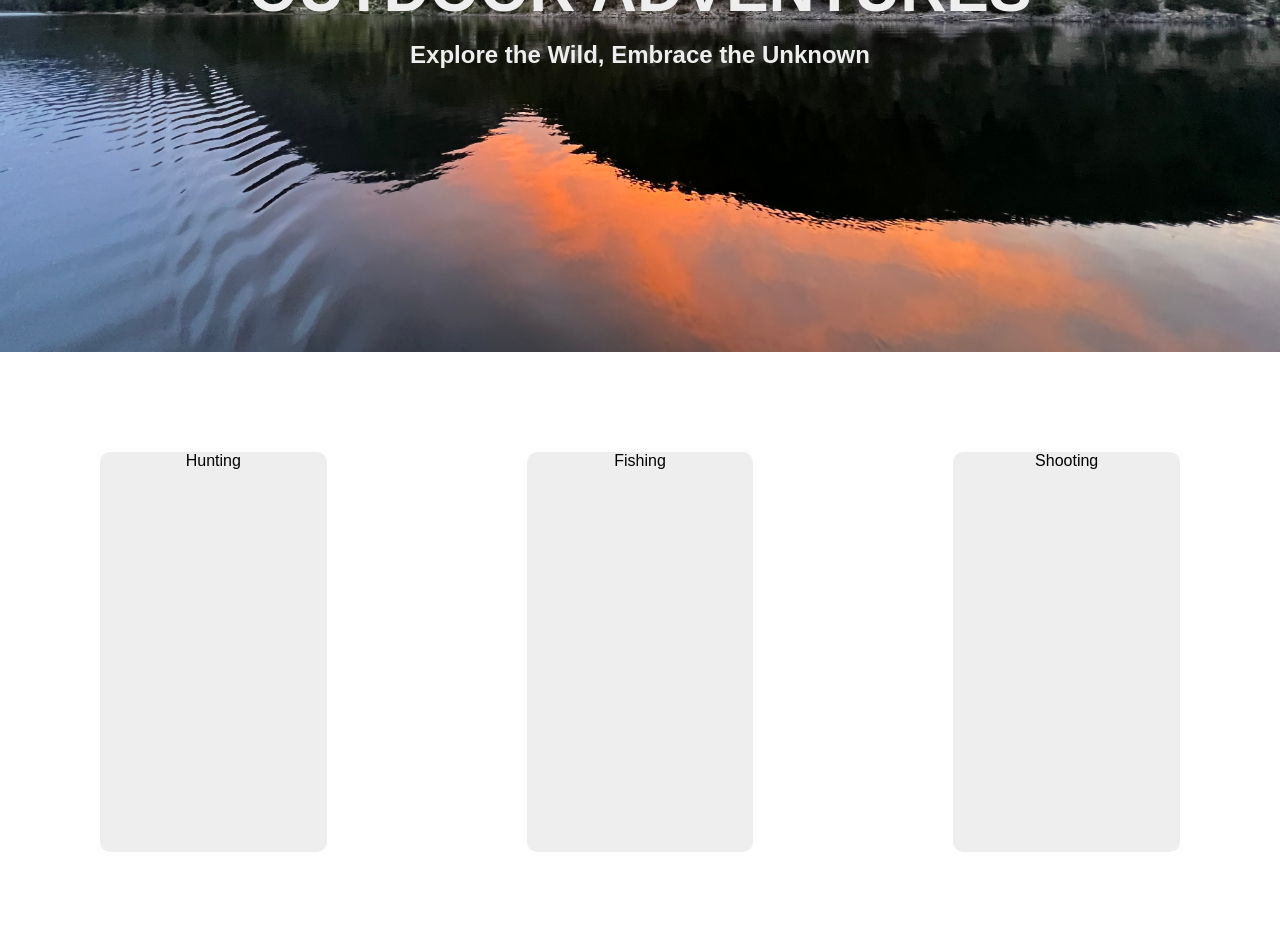
Repository: iforgotmylogin/WebDesignFinal
Page: index.html
These files come from the project's save history. The page is drawn as it stood at one moment and after the next save; the edit follows.
The browser window is 1280 px wide. The pictures show the part of the page from y = 460 to 1412 px (the page is 1412 px tall before and 1242 px after).
A picture or video elsewhere on the page could not be fetched, so the positions and the page height are approximate.

Above is the page before, as saved 2024-04-07 17:54:30.

After the next save:
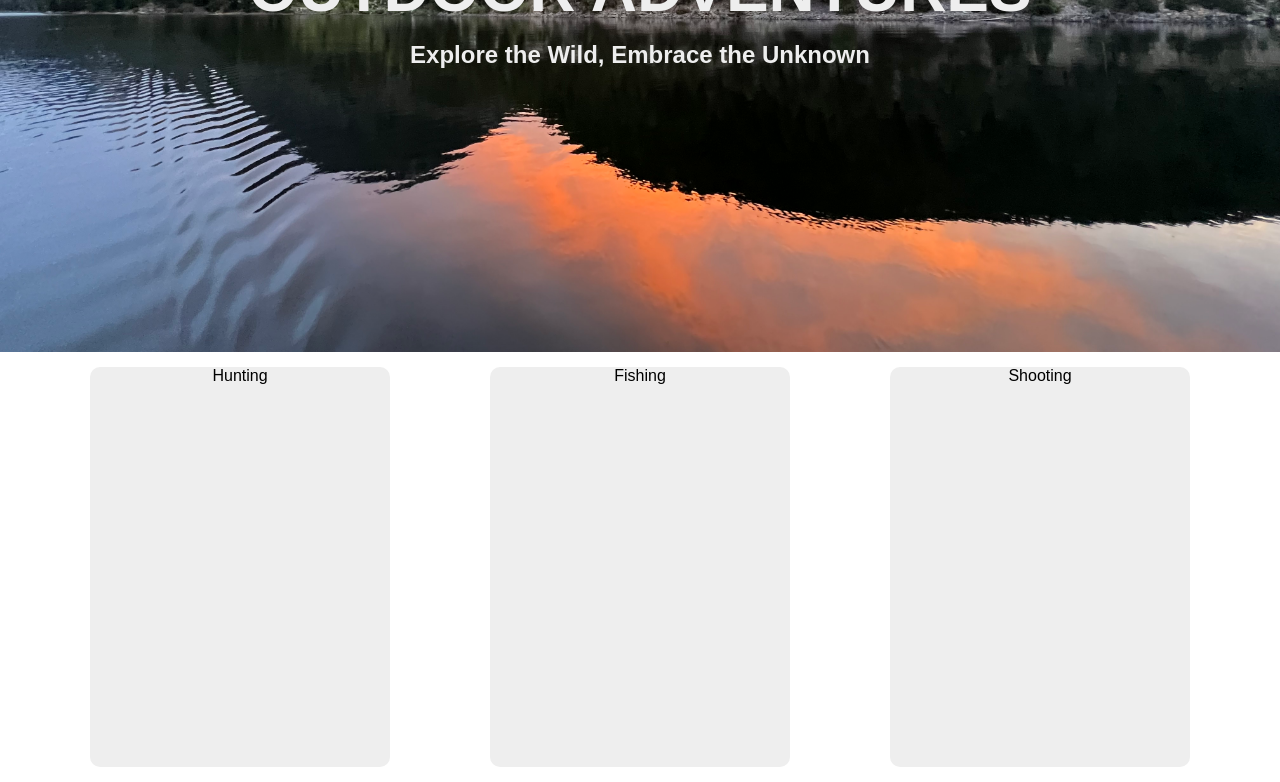
Saved 23 s later.
--- a/css/homepage.css
+++ b/css/homepage.css
@@ -19,7 +19,8 @@
     margin: 15px;
     box-sizing: border-box;
     overflow: hidden;
-    margin: 100px;
+    margin-left: 50px;
+    margin-right: 50px;
     border-radius: 10px;
 
 }
